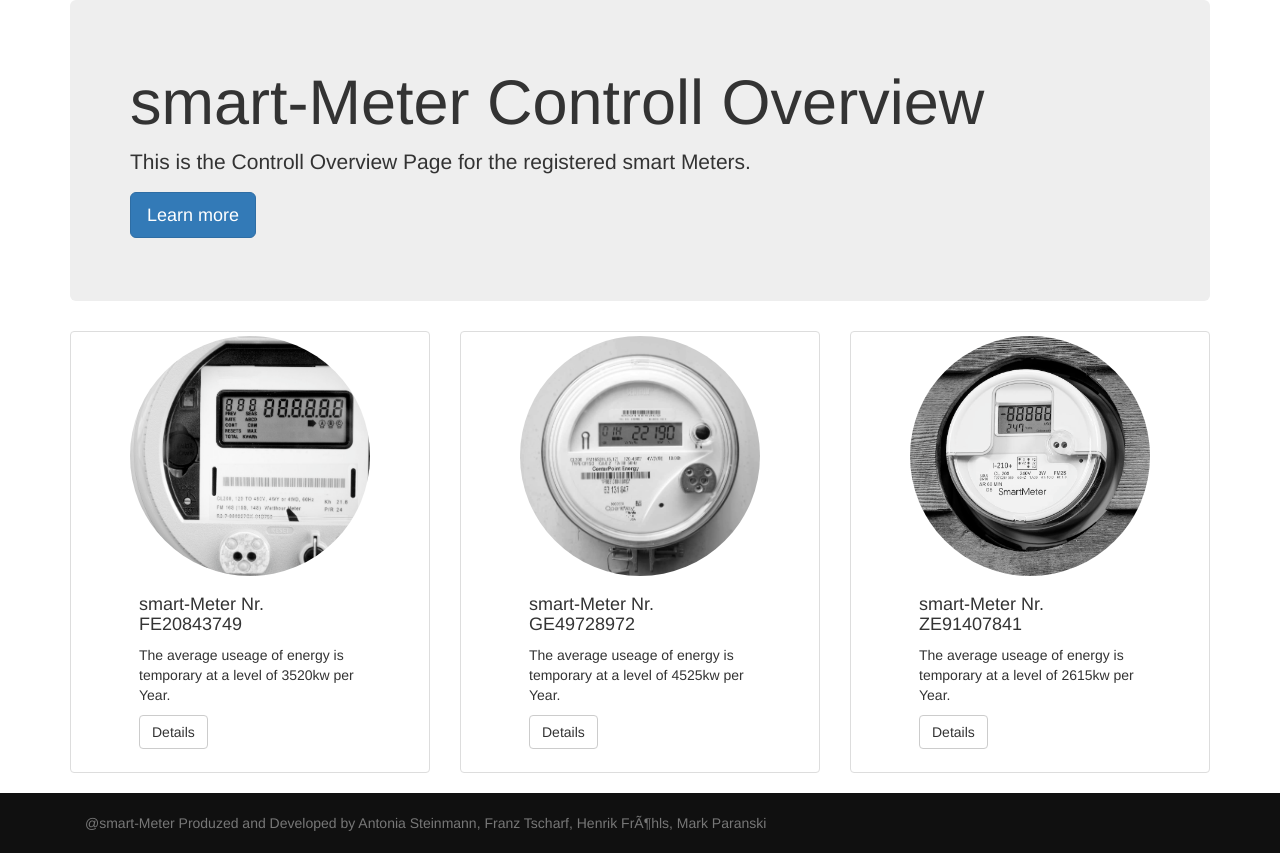
Repository: FredTacker/AwsSys_Assigment_02
Page: http://localhost/SmartMeterManagementWeb/content/pages/overview.jsp
These files come from the project's save history. The page is drawn as it stood at one moment and after a run of saves; the edit follows.
The browser window is 1280 px wide. The pictures show the whole page.
The page is served by Tomcat 9. Nobody is signed in. The application's start-up code is not run.

Above is the page before, as saved 2017-06-10 23:56:00.

After the next 2 saves:
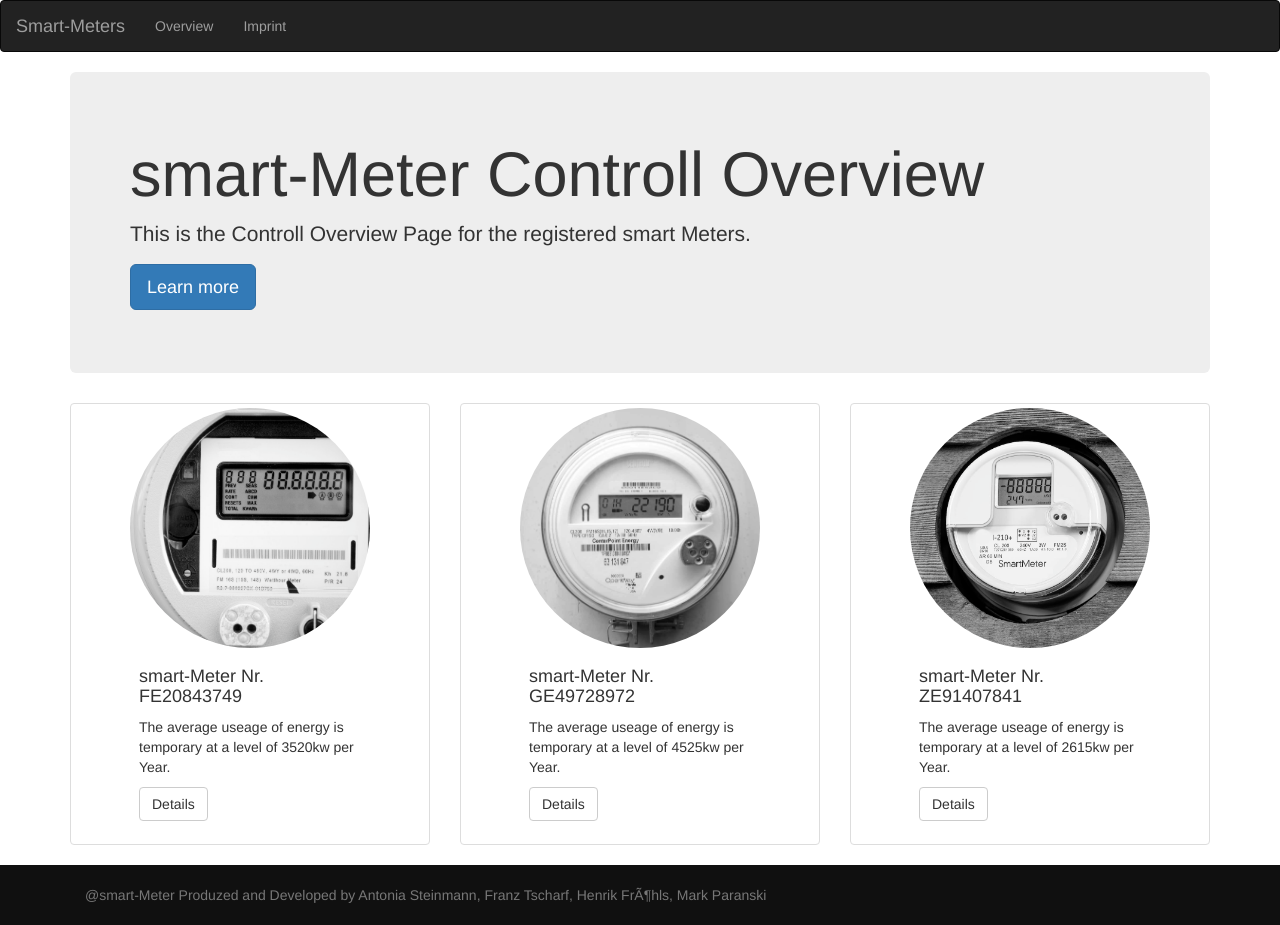
The 2 saves are shown as one change because 1 did not build or start.
The last was saved 62 s later.
--- a/SmartMeterManagementWeb/WebContent/content/pages/overview.jsp
+++ b/SmartMeterManagementWeb/WebContent/content/pages/overview.jsp
@@ -5,7 +5,7 @@
     </head>
     <body>
 
-
+			<%@ include file="./../includes/navigation.jsp" %>
 
 
         <div class="container">
